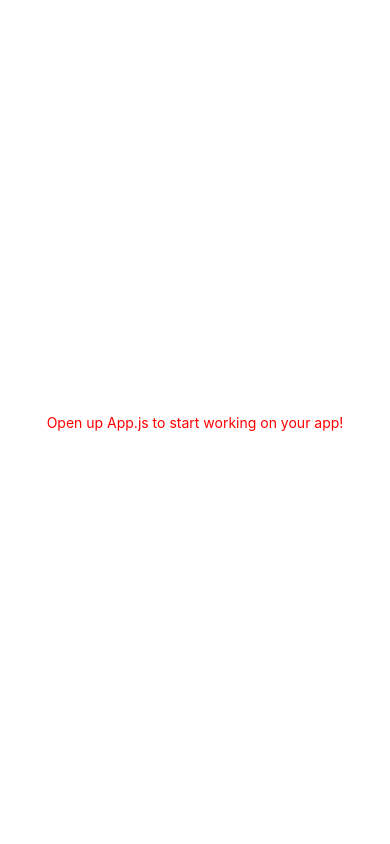
Repository: akinmiday/ReactNativeApp
Screen: /
An editor plug-in stored every save of this project. The screen is shown before and after the next save, followed by the edit.
The app was drawn by React Native's web renderer in a window 390 px wide. The project was rebuilt for these pictures with package versions that can differ from the ones it lists, and the page was loaded fresh each time. Some packages were replaced by stand-ins written for this rebuild.

Above is the screen before, as saved 2023-08-03 06:44:38.

After the next save:
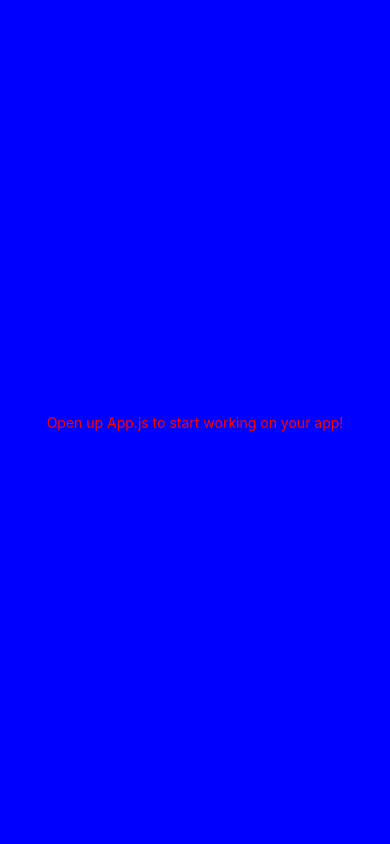
Saved 3 min 56 s later.
--- a/App.js
+++ b/App.js
@@ -15,7 +15,7 @@ export default function App() {
 const styles = StyleSheet.create({
   container: {
     flex: 1,
-    backgroundColor: "#fff",
+    backgroundColor: "blue",
     alignItems: "center",
     justifyContent: "center",
   },

After the save that followed:
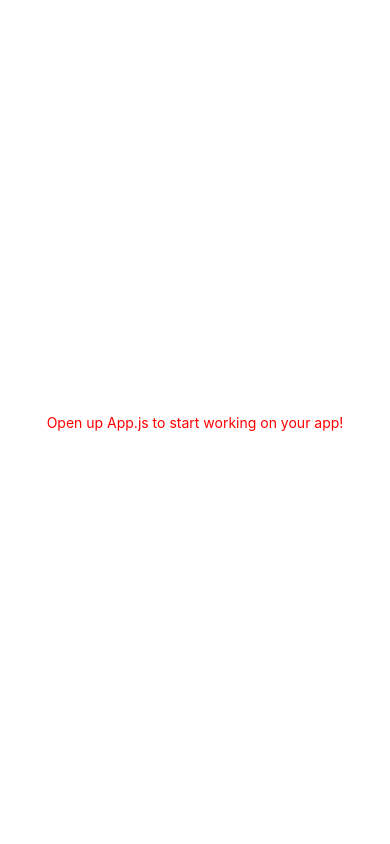
Saved 10 s later.
--- a/App.js
+++ b/App.js
@@ -15,7 +15,7 @@ export default function App() {
 const styles = StyleSheet.create({
   container: {
     flex: 1,
-    backgroundColor: "blue",
+    backgroundColor: "lightBlue",
     alignItems: "center",
     justifyContent: "center",
   },
